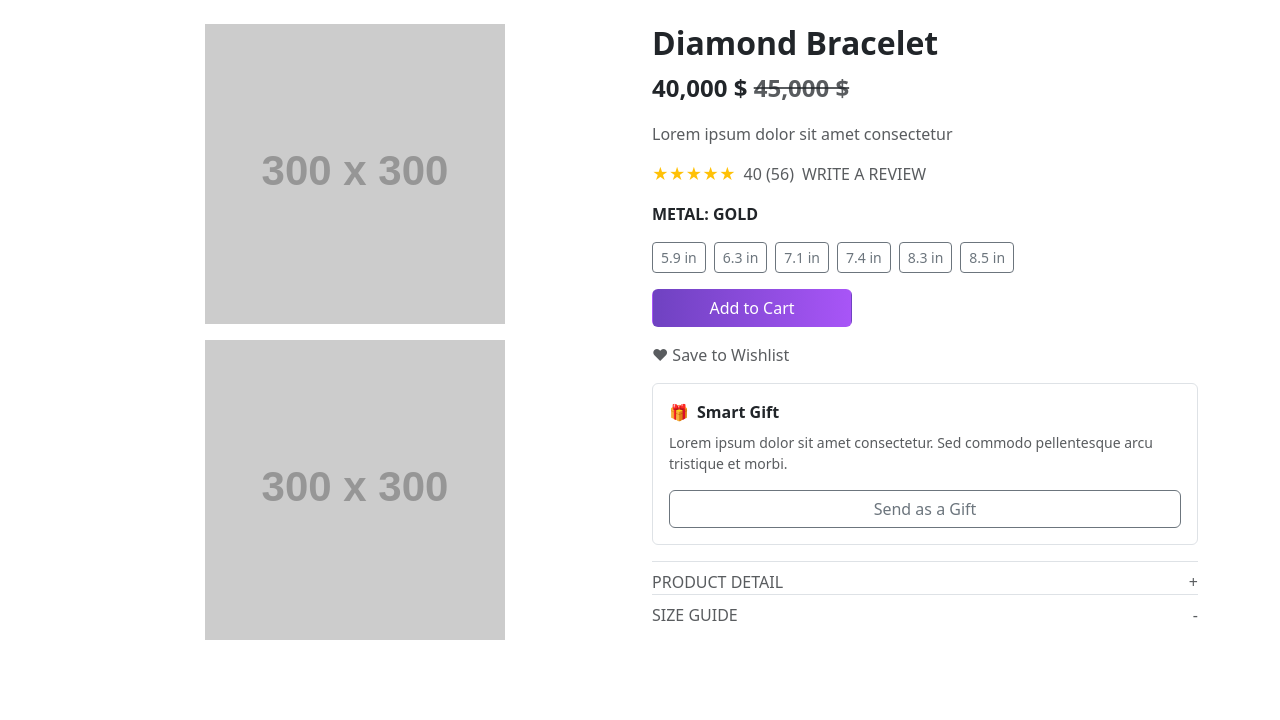
Repository: Vaishnavi323/SonaChandi
Page: http://localhost/sonachandi/application/views/productcart.php
An editor plug-in stored every save of this project. The page is shown before and after the next save, followed by the edit.
The browser window is 1280 px wide. The pictures show the whole page.
The page is run by PHP 8.4 with error messages shown; the project is at /var/www/html/.

Above is the page before, as saved 2025-06-09 17:03:59.

After the next save:
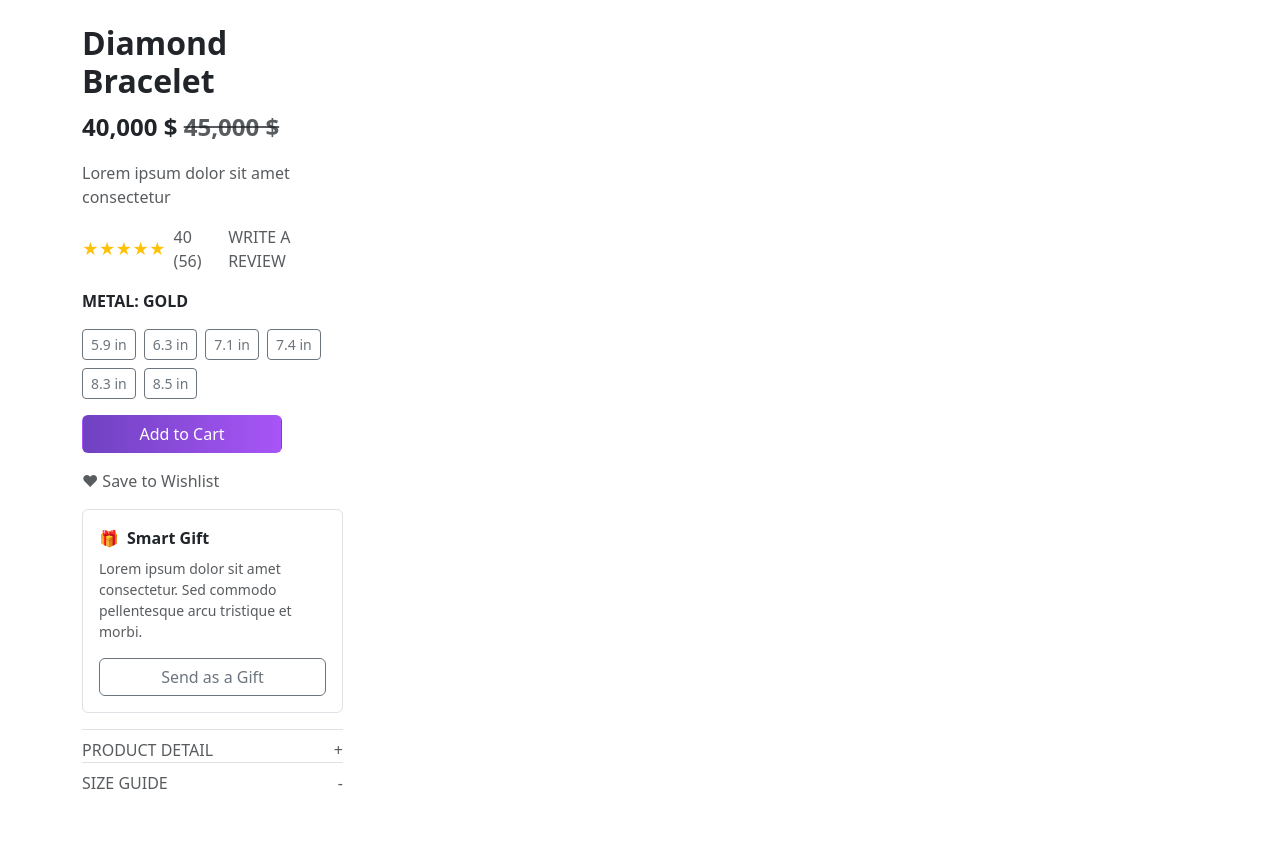
Saved 2 min 0 s later.
--- a/application/views/productcart.php
+++ b/application/views/productcart.php
@@ -15,7 +15,7 @@
             <!-- Left: Product Images -->
             <div class="col-md-6 mb-4">
                 <div class="row">
-                    <div class="col-12 mb-3 text-center">
+                    <!-- First row: Two images side by
                         <img src="https://via.placeholder.com/300x300.png?text=Diamond+Bracelet" alt="Diamond Bracelet" class="img-fluid" style="max-width: 300px;">
                     </div>
                     <div class="col-12 text-center">
